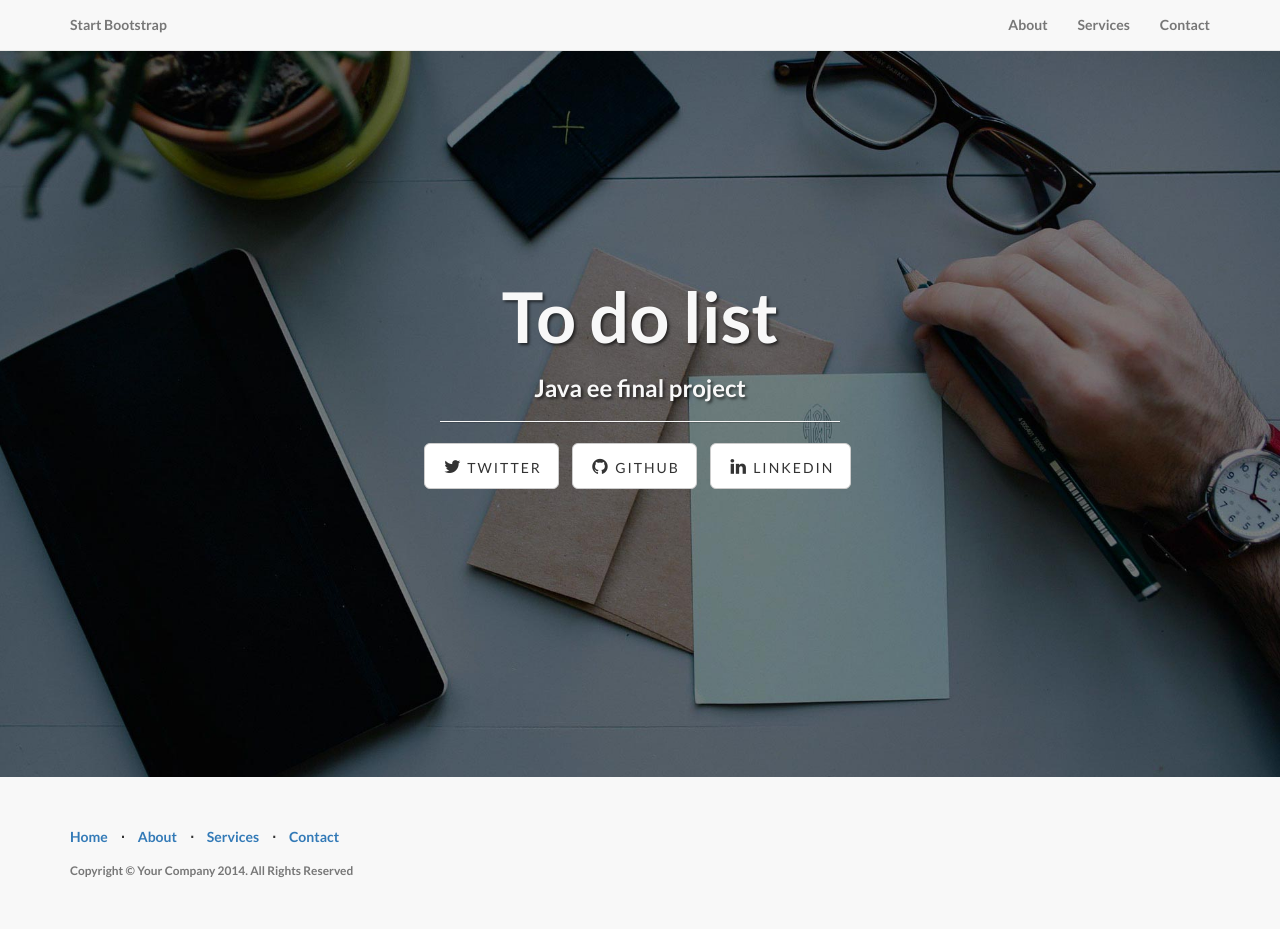
Repository: moshe31sh/Java_ee_final_project_todo_list
Page: Toto_list_final_project/WebContent/welcome.html
An editor plug-in stored every save of this project. The page is shown before and after the next save, followed by the edit.
The browser window is 1280 px wide. The pictures show the whole page.

Above is the page before, as saved 2016-01-24 16:30:09.

After the next save:
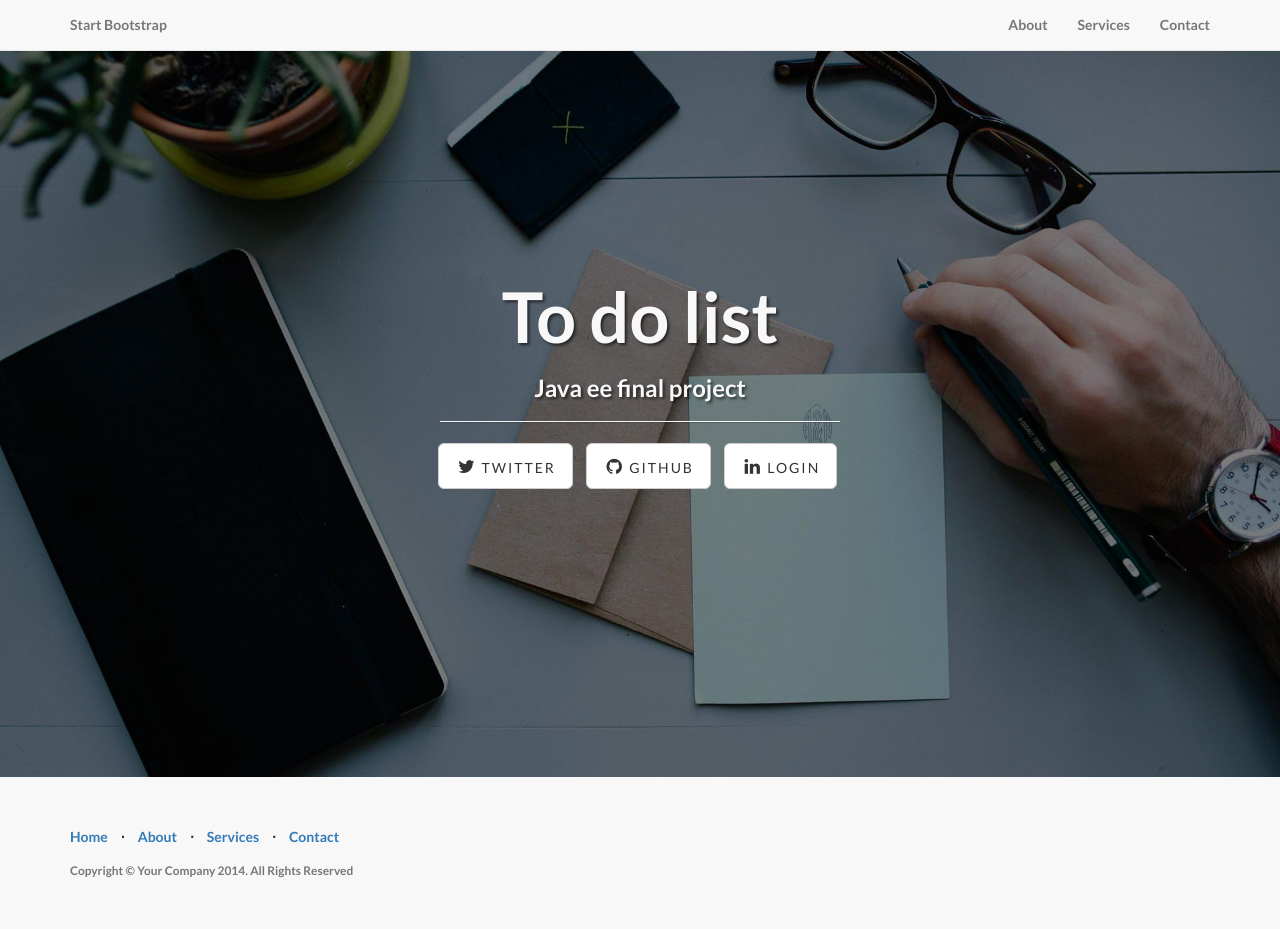
Saved 96 s later.
--- a/Toto_list_final_project/WebContent/welcome.html
+++ b/Toto_list_final_project/WebContent/welcome.html
@@ -84,7 +84,7 @@
                                 <a href="https://github.com/IronSummitMedia/startbootstrap" class="btn btn-default btn-lg"><i class="fa fa-github fa-fw"></i> <span class="network-name">Github</span></a>
                             </li>
                             <li>
-                                <a href="#" class="btn btn-default btn-lg"><i class="fa fa-linkedin fa-fw"></i> <span class="network-name">Linkedin</span></a>
+                                <a href="/Toto_list_final_project/ToDoListController/login" class="btn btn-default btn-lg"><i class="fa fa-linkedin fa-fw"></i> <span class="network-name">Login</span></a>
                             </li>
                         </ul>
                     </div>
